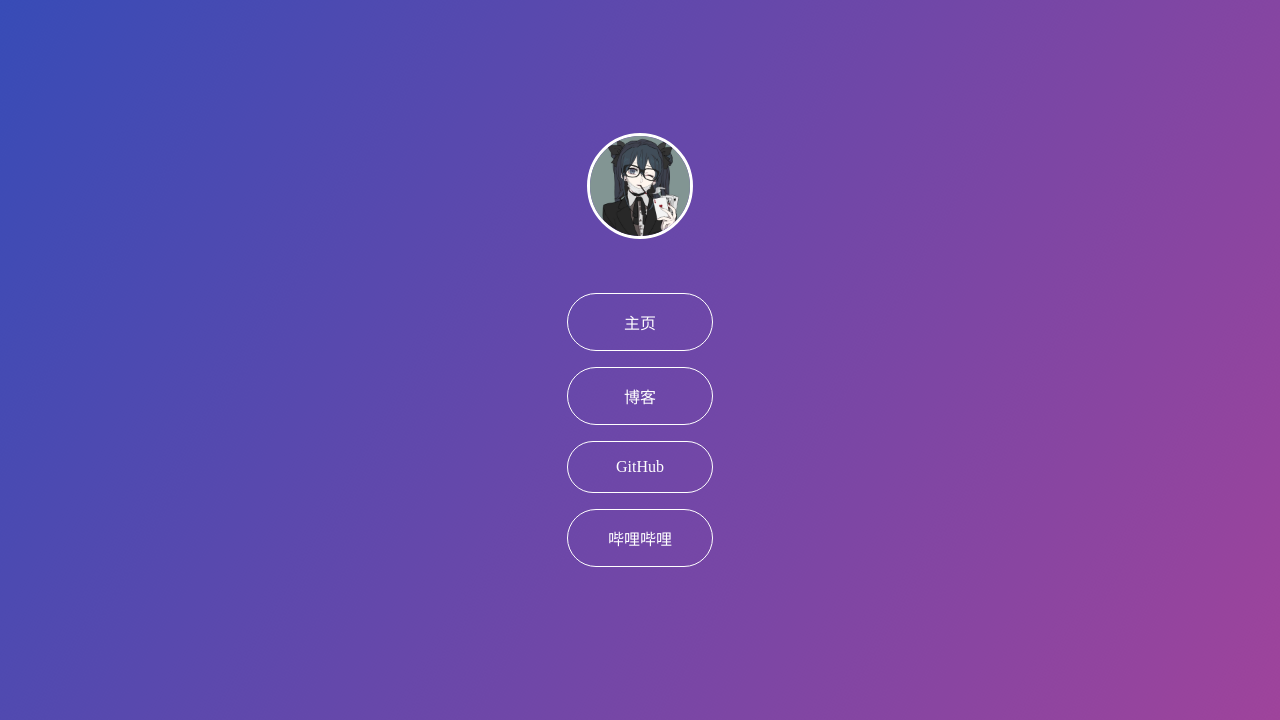
Repository: MarginLon/marginlon.github.io
Page: index.html
These files come from the project's save history. The page is drawn as it stood at one moment and after the next save; the edit follows.
The browser window is 1280 px wide. The pictures show the whole page.

Above is the page before, as saved 2022-09-24 09:46:48.

### index.html
<!----

# Navigation
# By: Dreamer-Paul
# Last Update: 2022.3.11

一个简单的个人首页，让你的朋友方便快捷的，找到你在各站点的社交链接

本代码为奇趣保罗原创，并遵守 MIT 开源协议。欢迎访问我的博客：https://paugram.com



 * Navigation changed from https://paugram.com
 * @author: MarginLon
 * @since: 2022-09-24
 * index.html

---->

<!DOCTYPE html>
<html>

<head>
    <meta charset="UTF-8">
    <title>奇趣保罗</title>
    <link href="static/32.png" rel="icon" sizes="32x32" />
    <link href="static/192.png" rel="icon" sizes="192x192" />
    <meta name="viewport" content="width=device-width, maximum-scale=1, initial-scale=1" />
    <style>
        html,
        body,
        main {
            height: 100%;
        }

        body {
            margin: 0;
            user-select: none;
            font: lighter 16px "微软雅黑";
        }

        body:before {
            content: '';
            z-index: -1;
            width: 3000px;
            height: 3000px;
            display: block;
            position: fixed;
            top: calc(50% - 1500px);
            left: calc(50% - 1500px);
            animation: bg-rotate 15s infinite linear;
            /* background: linear-gradient(45deg, #20b57d 40%, #258ec5 60%); */
            /* background: linear-gradient(45deg, #30cfd0 0%, #330867 100%); */
            /* background-image: linear-gradient(-20deg, #b721ff 0%, #21d4fd 100%); */
            background-image: linear-gradient(to top, #1e3c72 0%, #1e3c72 1%, #2a5298 100%);
            background-image: linear-gradient(-225deg, #2CD8D5 0%, #6B8DD6 48%, #8E37D7 100%);
            background-image: linear-gradient(to top, #0250c5 0%, #d43f8d 100%);
        }

        @keyframes bg-rotate {
            0% {
                transform: rotate(0)
            }

            100% {
                transform: rotate(360deg)
            }
        }

        a {
            text-decoration: none;
        }

        main {
            display: table;
            margin: 0 auto;
        }

        .content {
            padding-top: 50px;
            padding-bottom: 70px;
            text-align: center;
            display: table-cell;
            vertical-align: middle;
        }

        .logo {
            margin-bottom: 50px;
        }

        .logo img {
            height: auto;
            max-width: 100px;
            border-radius: 100%;
            border: 3px solid #fff;
            transition: transform 0.3s;
        }

        .logo img:hover {
            transform: scale(1.1, 1.1) rotate(1turn);
        }

        .links {
            max-width: 300px;
        }

        .links a {
            color: #fff;
            display: block;
            min-width: 80px;
            padding: 1em 2em;
            text-align: center;
            margin-bottom: 1em;
            border-radius: 100px;
            border: #fff 1px solid;
            transition: background 0.3s, color 0.3s, opacity 0.3s, transform 0.3s;
        }

        .links a:hover {
            color: #258ec5;
            background: #fff;
            transform: scale(1.1, 1.1);
        }

        .links a:active {
            opacity: 0.7;
            transform: scale(0.9, 0.9);
        }

        .links a:last-child {
            margin-bottom: 0;
        }

        footer {
            left: 0;
            right: 0;
            bottom: 0;
            color: #fff;
            position: fixed;
            text-align: center;
        }

        footer a {
            color: inherit;
        }
    </style>
</head>

<body>
    <main class="container">
        <div class="content">
            <div class="logo">
                <img src="static/avatar.jpg" alt="MarginLon" />
            </div>
            <div class="links">
                <a href="https://https://www.marginlon.zone">主页</a>
                <a href="https://https://www.marginlon.zone/blog/">博客</a>
                <!-- <a href="http://weibo.com/234891753/" target="_blank">微博</a> -->
                <!-- <a href="http://music.163.com/#/user/home?id=7041859" target="_blank">网易云</a> -->
                <!-- <a href="http://steamcommunity.com/id/dreamer-paul/" target="_blank">Steam</a> -->
                <a href="https://github.com/MarginLon/" target="_blank">GitHub</a>
                <a href="https://space.bilibili.com/2008016" target="_blank">哔哩哔哩</a>
            </div>
        </div>
    </main>
    <!-- <footer>
        <p>©
            <script>document.write(new Date().getFullYear())</script> By <a href="https://paugram.com"
               target="_blank">Dreamer-Paul</a>.
        </p>
    </footer> -->
</body>

</html>

After the next save:
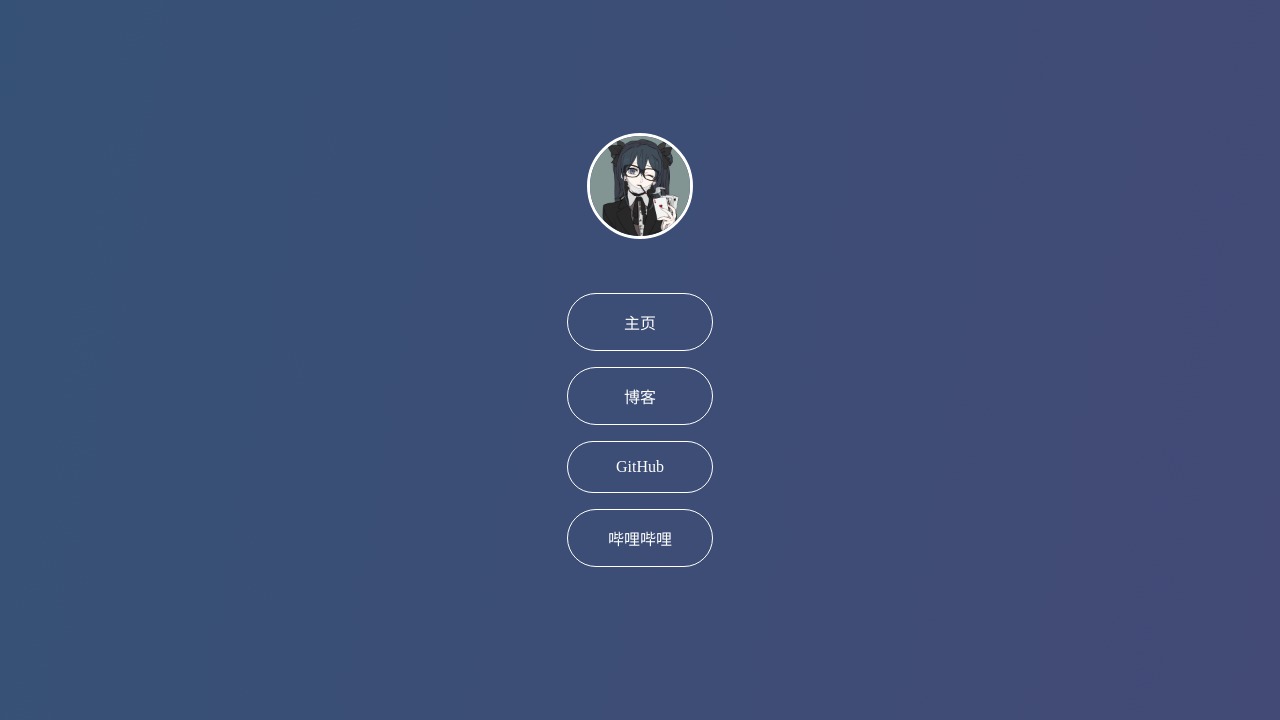
Saved 33 s later.
--- a/index.html
+++ b/index.html
@@ -55,6 +55,7 @@
             background-image: linear-gradient(to top, #1e3c72 0%, #1e3c72 1%, #2a5298 100%);
             background-image: linear-gradient(-225deg, #2CD8D5 0%, #6B8DD6 48%, #8E37D7 100%);
             background-image: linear-gradient(to top, #0250c5 0%, #d43f8d 100%);
+            background-image: linear-gradient(-20deg, #2b5876 0%, #4e4376 100%);
         }
 
         @keyframes bg-rotate {
